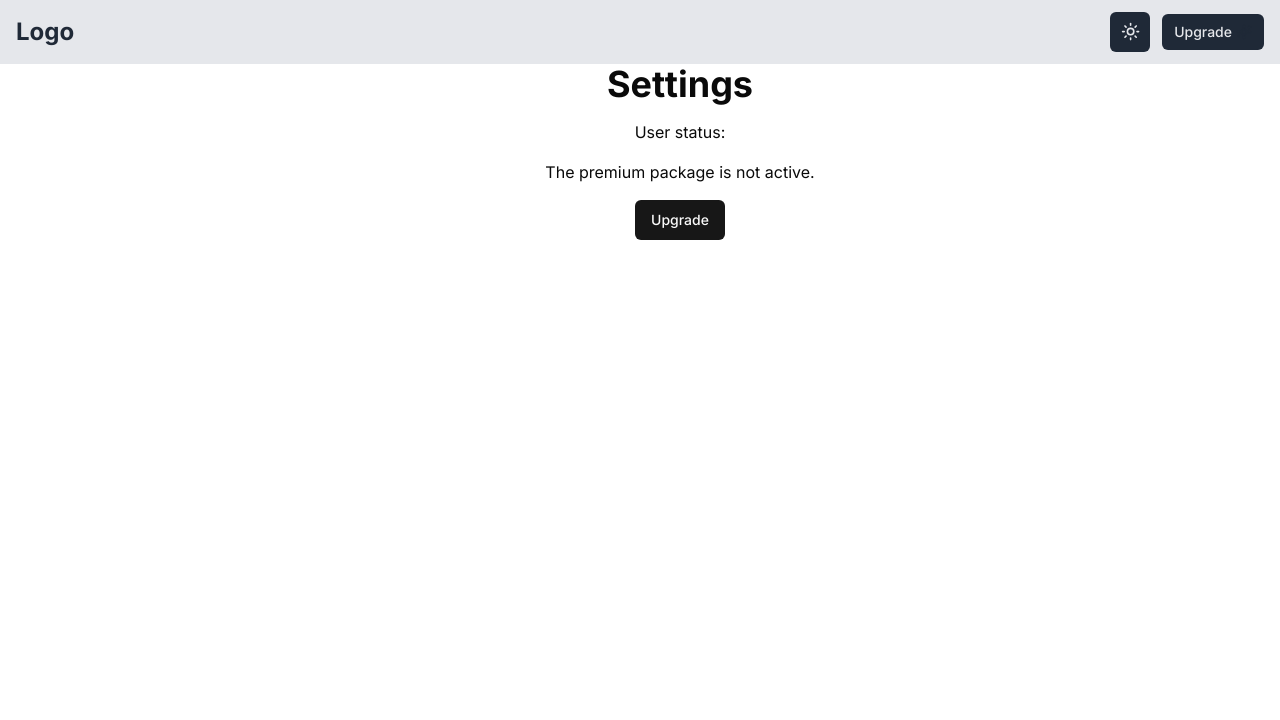
Repository: michalmilek/AI-companion-bot
Page: /settings
These files come from the project's save history. The page is drawn as it stood at one moment and after the next save; the edit follows.
The browser window is 1280 px wide. The pictures show the whole page.
The page's requests for data from a server got no answer. The project was rebuilt for these pictures with package versions that can differ from the ones it lists, and the page was loaded fresh each time. Some packages were replaced by stand-ins written for this rebuild. The framework's server and built-in components were replaced by stand-ins that run in the browser. No one was signed in, and anything a server would have sent is missing. Also part of the build but not shown: next.config.js. Imported but missing from the stored project, and not drawn on this page: lib/prismadb.

Above is the page before, as saved 2023-10-10 15:24:03.

After the next save:
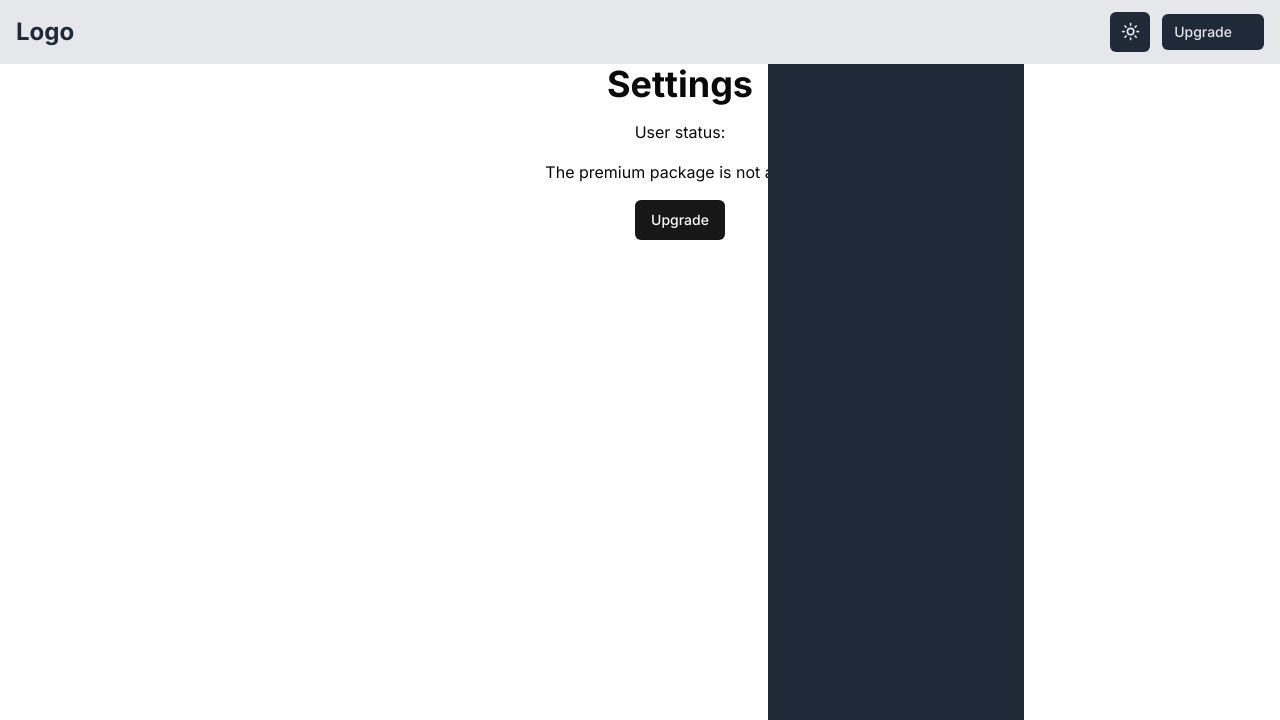
Saved 16 s later.
--- a/components/MobileSidebar.tsx
+++ b/components/MobileSidebar.tsx
@@ -19,7 +19,7 @@ const MobileSidebar = () => {
   return (
     <motion.aside
       key={"mobileSidebar"}
-      className={`bg-gray-800 text-white h-screen w-64 fixed top-0 left-0 ${
+      className={`bg-gray-800 text-white h-screen w-64 fixed bottom-0 right-0 ${
         isOpen ? "translate-x-0" : "-translate-x-full"
       } ${getThemeBackground(theme as Theme)}`}
       initial={{ x: "-100%" }}
